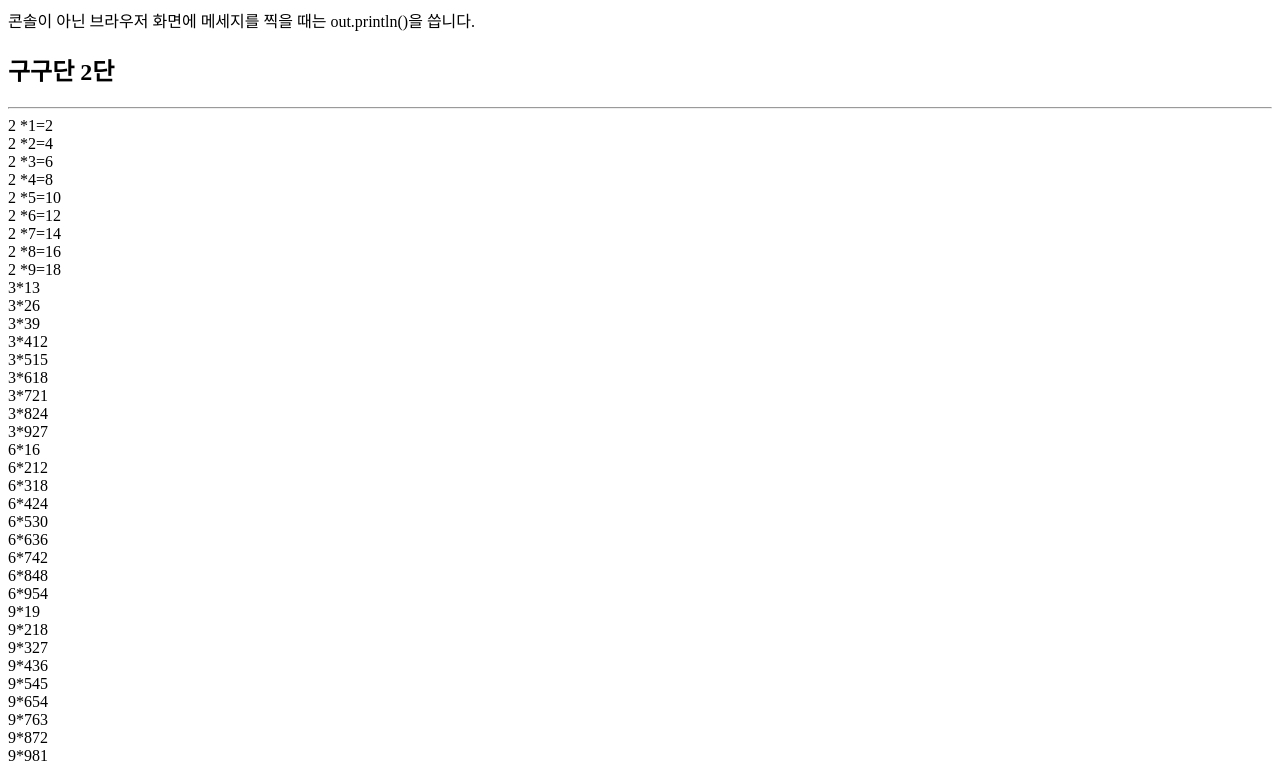
Repository: developedbyssony/JSP
Page: http://localhost/JSPbasic/jsptag/scriptlet.jsp
The author's editor kept a copy of each file at every save. The page is drawn from the files as they stood at one save, then again after the next save.
The browser window is 1280 px wide. The pictures show the whole page.
The page is served by Tomcat 9. Other server files are loaded and not shown.

Above is the page before, as saved 2022-03-22 11:44:36.

### JSPbasic/src/main/webapp/jsptag/scriptlet.jsp
<%@ page language="java" contentType="text/html; charset=UTF-8"
    pageEncoding="UTF-8"%>
<!DOCTYPE html>
<html>
<head>
<meta charset="UTF-8">
<title>Insert title here</title>
</head>
<body>
	<% System.out.println("콘솔에 메세지를 찍을 때는 System.out.println()을 씁니다.");
	out.println("콘솔이 아닌 브라우저 화면에 메세지를 찍을 때는 out.println()을 씁니다.");%>
	<h2>구구단 2단</h2><hr />
	<% for(int i = 1; i < 10; i ++) {
		out.println("2 *" + i + "=" + (i*2) + "<br/>");
	} %>
	<!-- 반복문과 조건문을 이용하여 구구단 홀수단(3,5,7,9)를 화면에 출력해주세요. -->
	<%
		for(int j=3; j<10; j++) {
			if(j%3==0) {
				for(int s=1; s<10; s++) {
				out.println(j + "*" + s + (j*s) + "<br/>");
				}
			}
		}
	%>
</body>
</html>

After the next save:
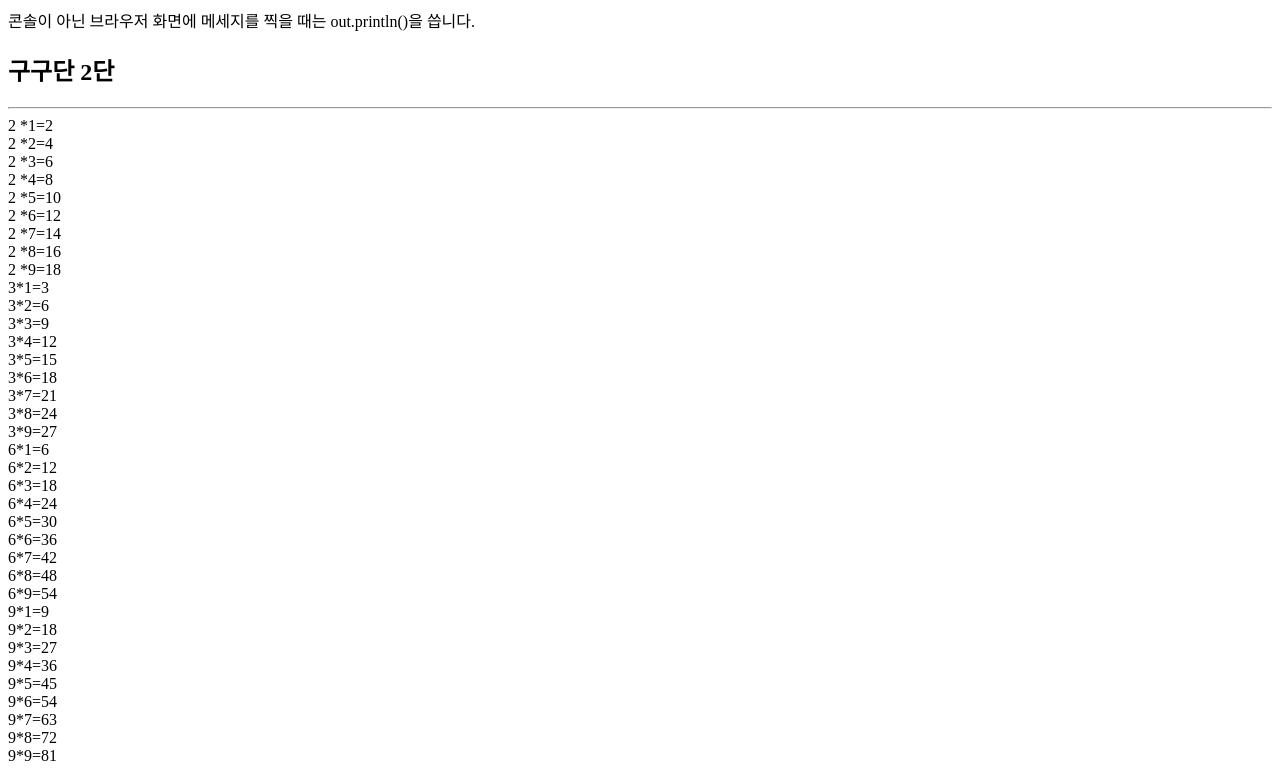
Saved 29 s later.
--- a/JSPbasic/src/main/webapp/jsptag/scriptlet.jsp
+++ b/JSPbasic/src/main/webapp/jsptag/scriptlet.jsp
@@ -18,7 +18,7 @@
 		for(int j=3; j<10; j++) {
 			if(j%3==0) {
 				for(int s=1; s<10; s++) {
-				out.println(j + "*" + s + (j*s) + "<br/>");
+				out.println(j + "*" + s + "=" + (j*s) + "<br/>");
 				}
 			}
 		}
